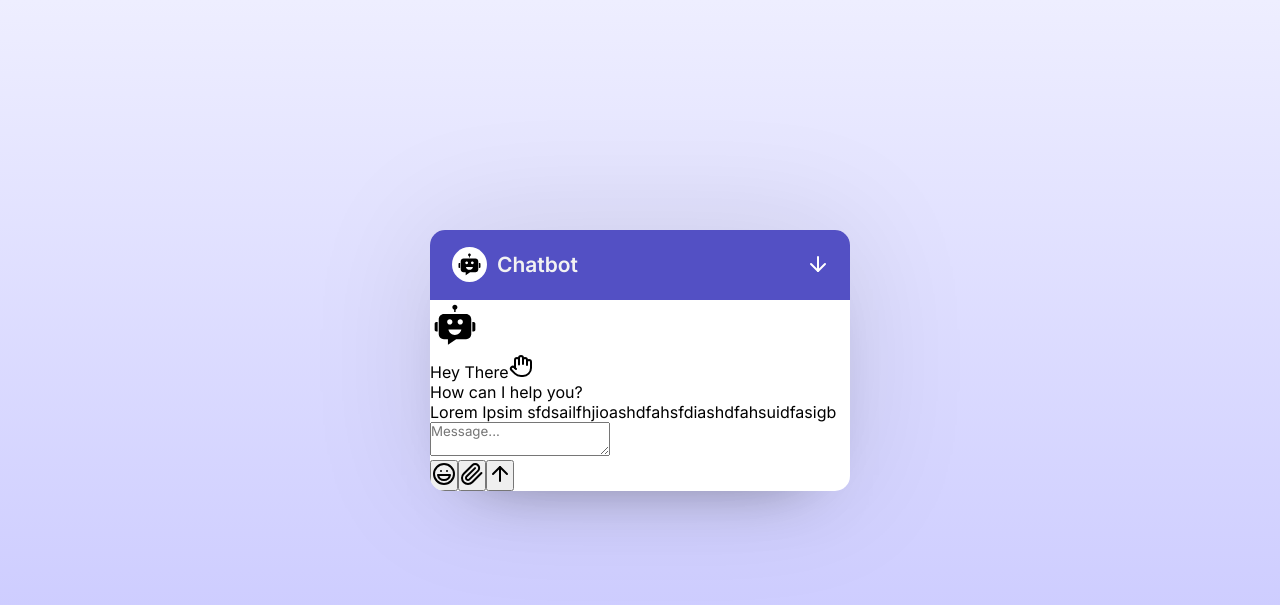
Repository: guilhermecardoso93/ai-bot
Page: /
These files come from the project's save history. The page is drawn as it stood at one moment and after the next save; the edit follows.
The browser window is 1280 px wide. The pictures show the whole page.
The project was rebuilt for these pictures with package versions that can differ from the ones it lists, and the page was loaded fresh each time. Also part of the build but not shown: vite.config.js.

Above is the page before, as saved 2024-11-11 20:37:01.

### index.html
<!doctype html>
<html lang="en">

<head>
    <meta charset="UTF-8" />
    <link rel="icon" type="image/svg+xml" href="/vite.svg" />
    <link rel="preconnect" href="https://fonts.googleapis.com">
    <link rel="preconnect" href="https://fonts.gstatic.com" crossorigin>
    <link href="https://fonts.googleapis.com/css2?family=Inter:ital,opsz,wght@0,14..32,100..900;1,14..32,100..900&family=Outfit:wght@100..900&display=swap" rel="stylesheet">
    <meta name="viewport" content="width=device-width, initial-scale=1.0" />
    <title>Ai ChatBot</title>
</head>

<body>
    <div id="root"></div>
    <script type="module" src="/src/main.jsx"></script>
</body>

</html>

### src/index.css
:root {
  font-synthesis: none;
  text-rendering: optimizeLegibility;
  -webkit-font-smoothing: antialiased;
  -moz-osx-font-smoothing: grayscale;
}

* {
  padding: 0;
  margin: 0;
  box-sizing: border-box;
  font-family: "Inter", serif;
  font-optical-sizing: auto;
  font-style: normal;
}

body {
  display: flex;
  align-items: center;
  justify-content: center;
  min-height: 100vh;
  background: linear-gradient(#eeeeff, #c8c7ff);
}

.chatbot-popup {
  width: 420px;
  background: #ffff;
  overflow: hidden;
  border-radius: 15px;
  box-shadow: 0 0 128px rgba(0, 0, 0, 0.1), 0 32px 64px -48px rgba(0, 0, 0, 0.5);
}

.chat-header {
  display: flex;
  align-items: center;
  background-color: #5350c4;
  padding: 15px 22px;
  justify-content: space-between;
}

.chat-header .header-info {
  display: flex;
  align-items: center;
  gap: 10px;
}

.header-info .logo {
  width: 35px;
  width: 35px;
  background: #fff;
  border-radius: 50%;
  flex-shrink: 0;
  padding: 4px;
}

.header-info .logo-text {
  color: #f2f2f2;
  font-weight: 600;
  font-size: 1.31rem;
}

.chat-header #close-chatbot {
  border: none;
  color: #fff;
  height: 40px;
  width: 40px;
  border-radius: 50%;
  font-size: 1.9rem;
  cursor: pointer;
  margin-right: -10px;
  background: none;
  transition: 0.2s ease;
}

.chat-header #close-chatbot:hover {
  background-color: #3d39ac;
}

### src/App.jsx
import { Main } from "./components/Main";

export function App() {
  return (
    <>
      <Main />
    </>
  );
}

### src/components/Main.jsx
import { Hand, ArrowDown, Laugh, Paperclip, ArrowUp } from "lucide-react";
import Logo from "../assets/logo.svg";

export function Main() {
  return (
    <div className="chatbot-popup">
      {/* Header */}
      <div className="chat-header">
        <div className="header-info">
          <img src={Logo} alt="" className="logo"/>
          <h2 className="logo-text">Chatbot</h2>
        </div>
        <button className="material-symbols-rounded" id='close-chatbot'>
          <ArrowDown />
        </button>
      </div>

      {/* Body */}
      <div className="chat-body">
        <div className="message bot-message">
          <div className="message-text">
            <img src={Logo} alt="" />
            <p className="message-text">
              Hey There
              <Hand />
            </p>
            <p>How can I help you?</p>
          </div>
          <div className="message-user">
            <p className="message-text">
              Lorem Ipsim sfdsailfhjioashdfahsfdiashdfahsuidfasigb
            </p>
          </div>
        </div>
      </div>

      {/* Footer */}
      <div className="chat-footer">
        <form action="" className="chat-form">
          <textarea
            placeholder="Message..."
            className="message-input"
          ></textarea>
          <div className="chat-controls">
            <button type="button" className="material-symbols-rounded">
              <Laugh />
            </button>
            <button type="button" className="material-symbols-rounded">
              <Paperclip />
            </button>
            <button type="button" className="material-symbols-rounded">
              <ArrowUp />
            </button>
          </div>
        </form>
      </div>
    </div>
  );
}

Loaded but not shown: src/main.jsx (common file)

After the next save:
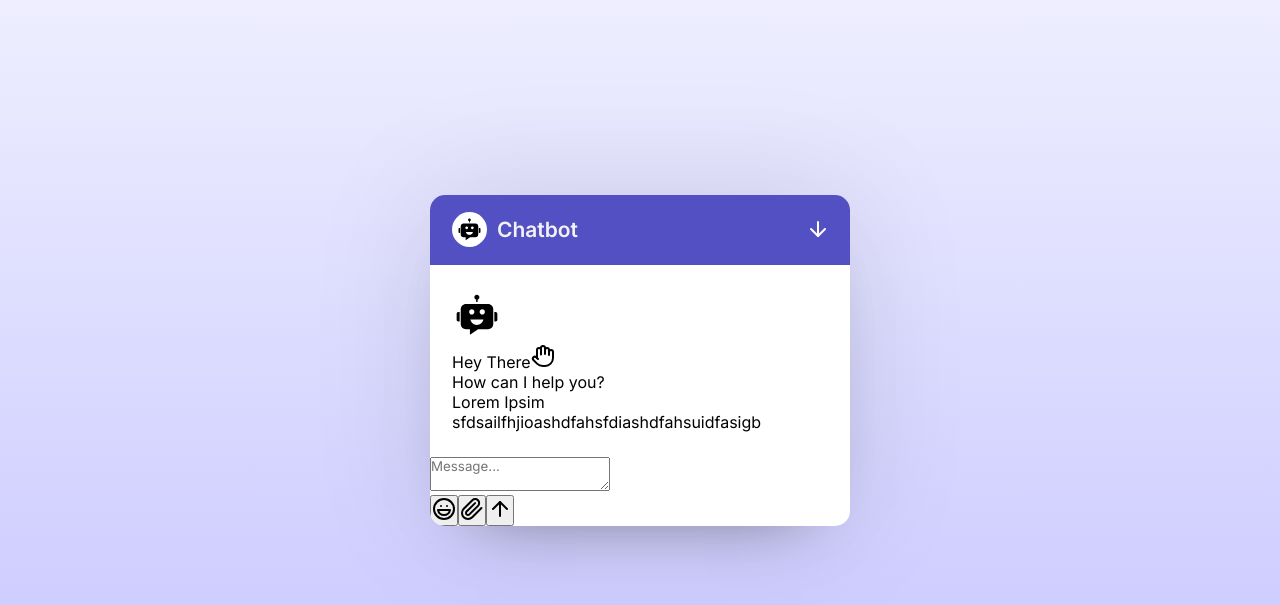
Saved 95 s later.
--- a/src/index.css
+++ b/src/index.css
@@ -75,3 +75,8 @@ body {
 .chat-header #close-chatbot:hover {
   background-color: #3d39ac;
 }
+
+.chat-body {
+  padding: 25px 22px;
+  display: flex;
+}
